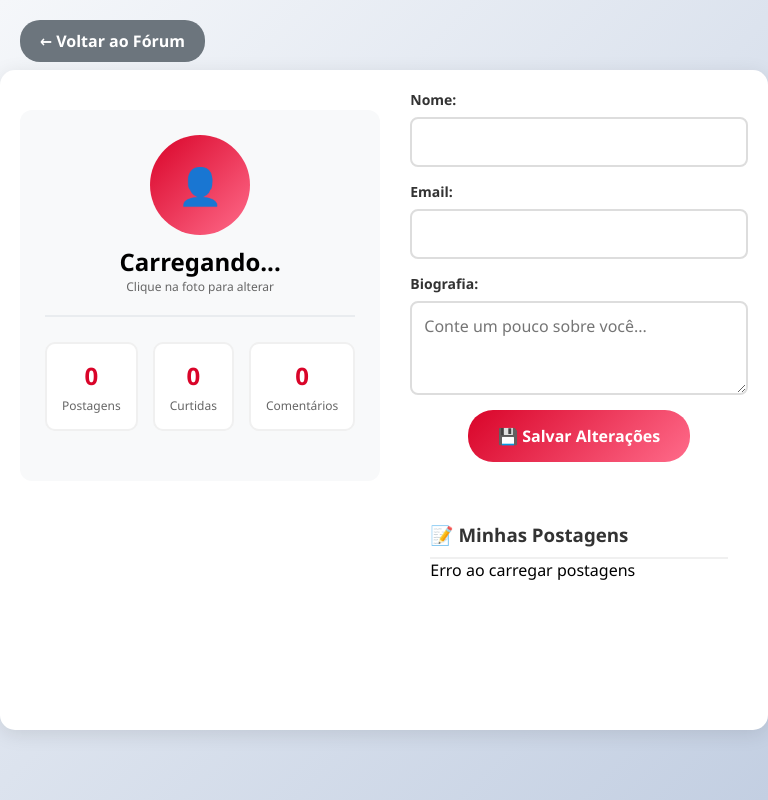
Repository: annaluizapm/MicroMidia
Page: front/HTML/perfil.html
The author's editor kept a copy of each file at every save. The page is drawn from the files as they stood at one save, then again after the next save.
The browser window is 768 px wide. The pictures show the whole page.
The page's requests for data from a server got no answer.

Above is the page before, as saved 2025-08-16 00:41:26.

After the next save:
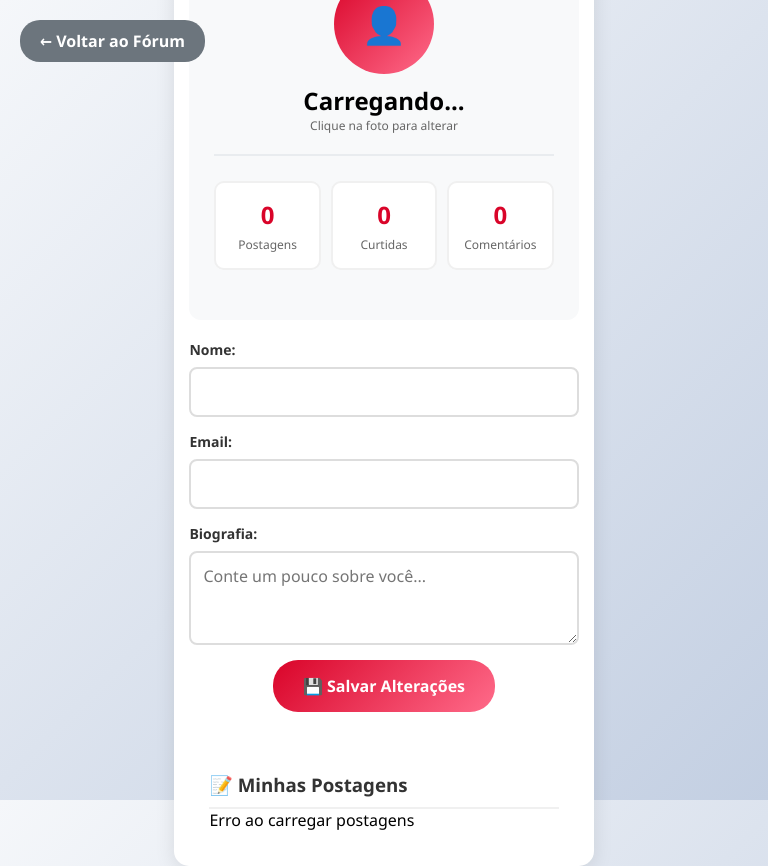
Saved 13 s later.
--- a/front/HTML/perfil.html
+++ b/front/HTML/perfil.html
@@ -166,6 +166,48 @@
             display: flex;
             justify-content: space-between;
         }
+
+        /* Responsividade */
+        @media (max-width: 768px) {
+            .perfil-container {
+                grid-template-columns: 1fr;
+                gap: 20px;
+                height: auto;
+                margin: 10px;
+                padding: 15px;
+            }
+
+            .perfil-sidebar {
+                position: static;
+            }
+
+            .stats-grid {
+                grid-template-columns: repeat(3, 1fr);
+                gap: 10px;
+            }
+
+            .stat-number {
+                font-size: 18px;
+            }
+        }
+
+        .btn-salvar {
+            background: linear-gradient(135deg, #D90429 0%, #ff6b8a 100%);
+            color: white;
+            border: none;
+            padding: 12px 25px;
+            border-radius: 20px;
+            font-size: 14px;
+            font-weight: 600;
+            cursor: pointer;
+            transition: all 0.3s ease;
+            width: 100%;
+        }
+
+        .btn-salvar:hover {
+            transform: translateY(-2px);
+            box-shadow: 0 4px 15px rgba(217, 4, 41, 0.4);
+        }
             gap: 20px;
         }
 
